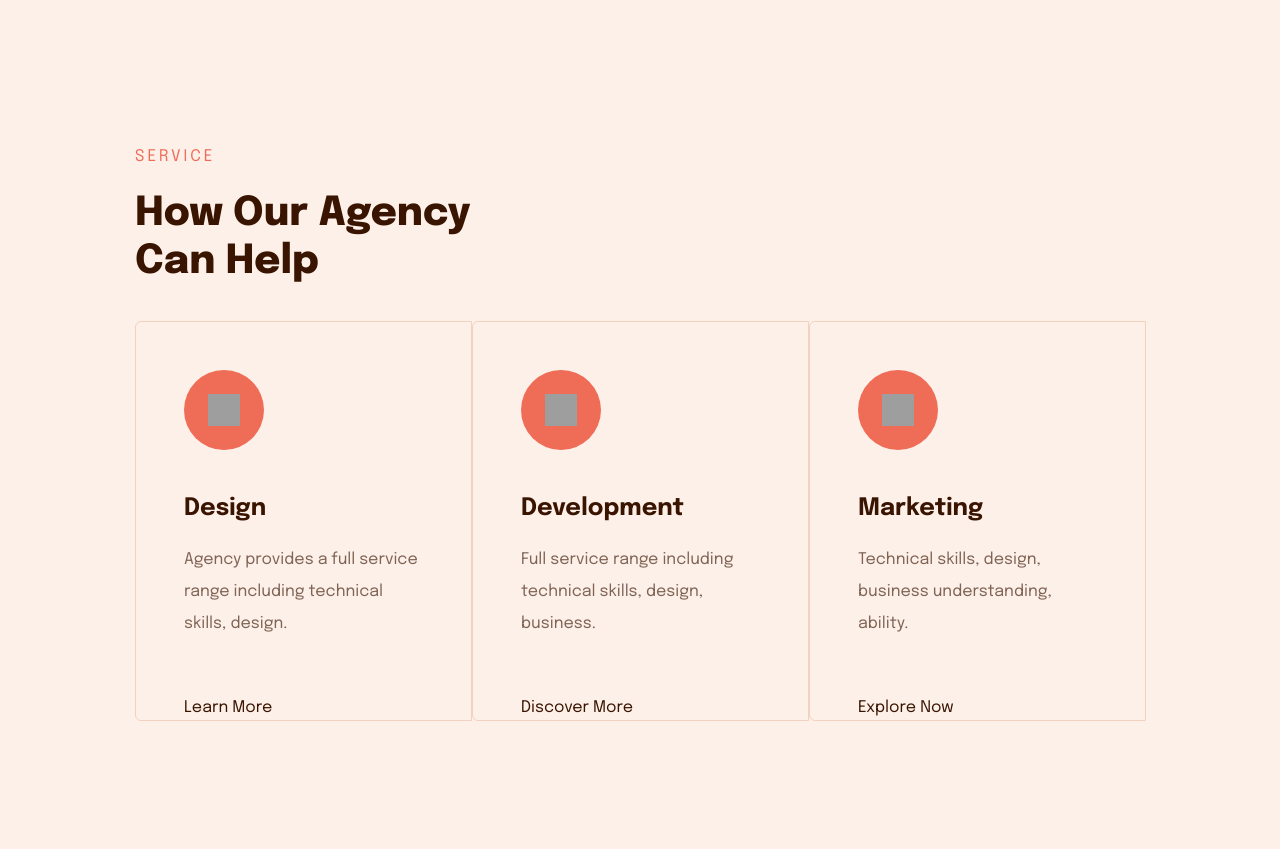
Repository: simralgasimov/service
Page: index.html
An editor plug-in stored every save of this project. The page is shown before and after a run of saves, followed by the edit.
The browser window is 1280 px wide. The pictures show the whole page.
Pictures or frames that could not be fetched are drawn as grey boxes.

Above is the page before, as saved 2023-09-04 13:30:17.

After the next 3 saves:
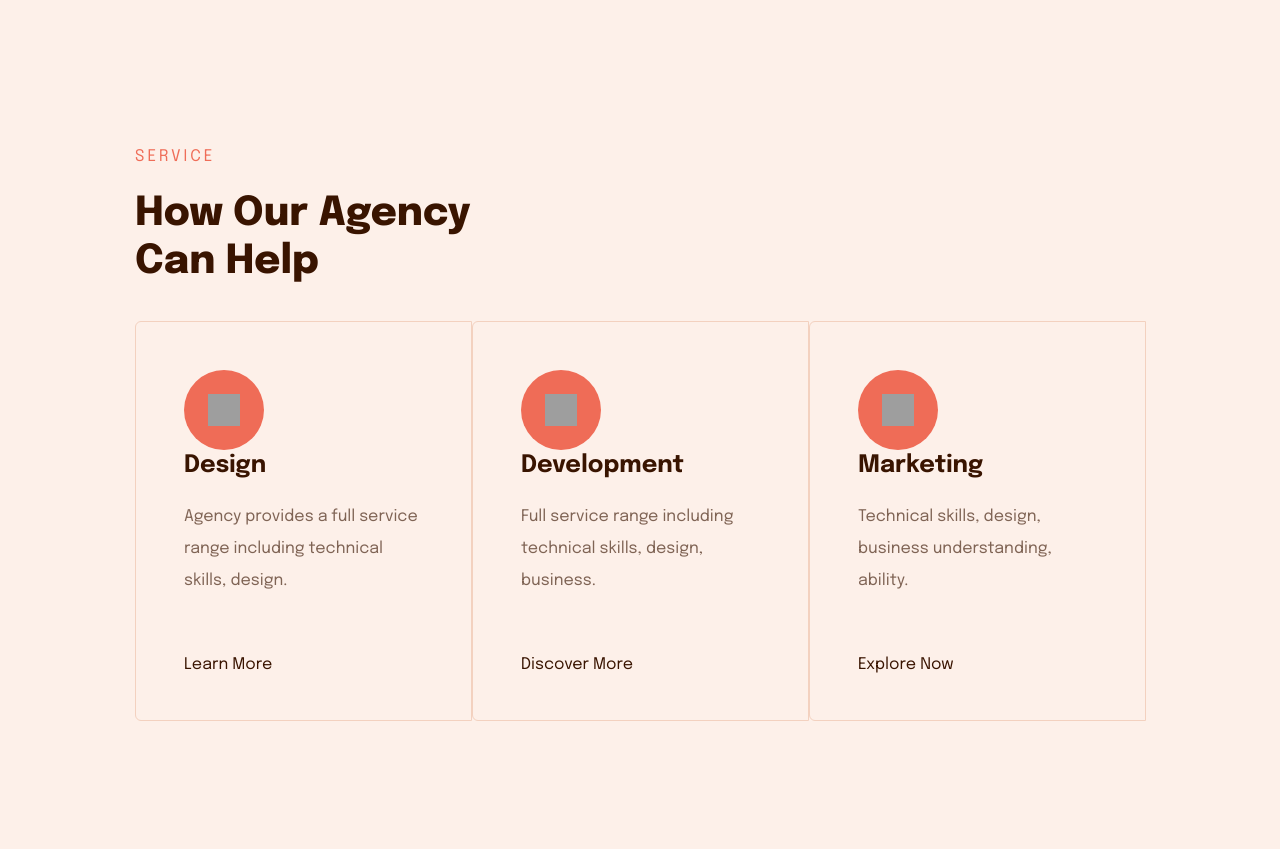
The 3 saves are shown as one change because they came seconds apart.
The last was saved 11 s later.
--- a/index.css
+++ b/index.css
@@ -62,8 +62,6 @@
 }
 
 .container ul li h3 {
-  margin-top: 43px;
-  /* width: 83px; */
   color: var(--text-dark, #391400);
   font-feature-settings: "clig" off, "liga" off;
 
@@ -76,7 +74,6 @@
 
 .container ul li h4 {
   margin-top: 19px;
-  /* width: 294px; */
   color: var(--text-dark-gray, rgba(57, 20, 0, 0.64));
   font-feature-settings: "clig" off, "liga" off;
   font-family: Epilogue;
@@ -88,7 +85,6 @@
 
 .container ul li h5 {
   margin-top: 52px;
-  /* width: 89px; */
   color: var(--text-dark, #391400);
   font-feature-settings: "clig" off, "liga" off;
 
